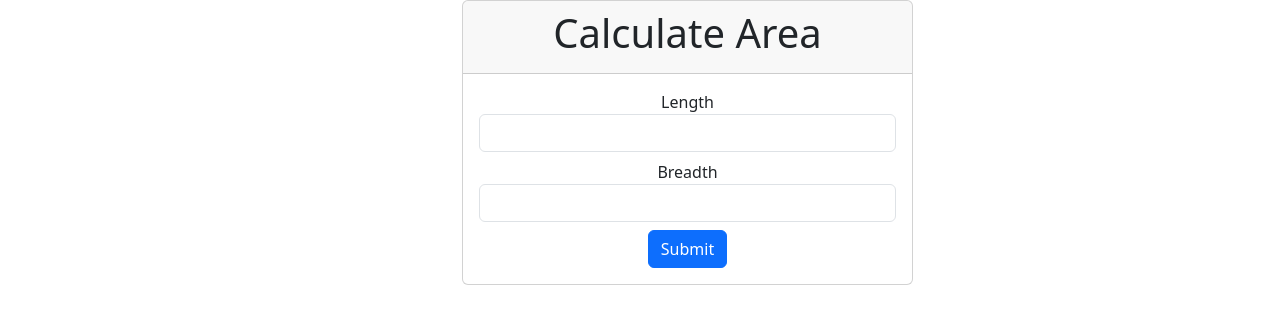
Repository: Laxman-Nath/Servlet_JSP
Page: http://localhost/Area/
The author's editor kept a copy of each file at every save. The page is drawn from the files as they stood at one save, then again after the next save.
The browser window is 1280 px wide. The pictures show the whole page.
The page is served by Tomcat 9.

Above is the page before, as saved 2024-09-02 11:06:38.

After the next save:
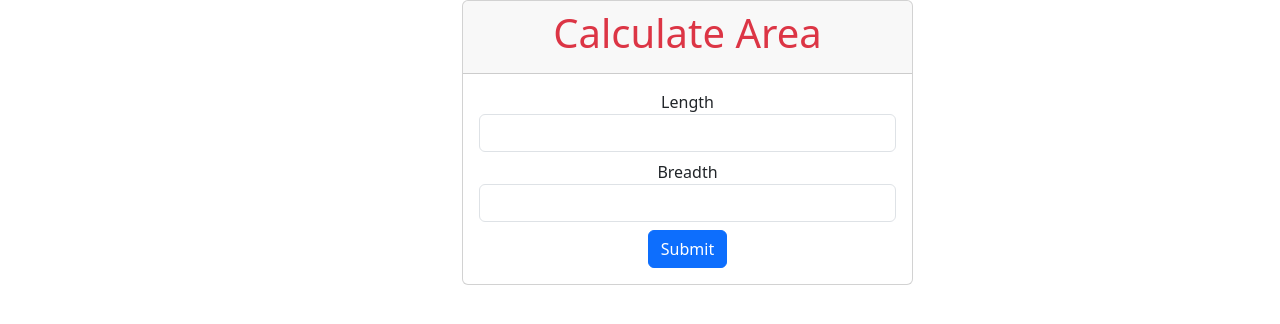
Saved 15 s later.
--- a/Area/src/main/webapp/Area.jsp
+++ b/Area/src/main/webapp/Area.jsp
@@ -16,7 +16,7 @@
 <div class="row">
 <div class="col-md-5 offset-md-4">
     <div class="card">
-    <div class="card-header"><h1 class="text-center">Calculate Area</h1></div>
+    <div class="card-header"><h1 class="text-center text-danger">Calculate Area</h1></div>
     <div class="card-body text-center">
 	<form action="AreaServlet" method="post">
 		<div class="mb-2">
